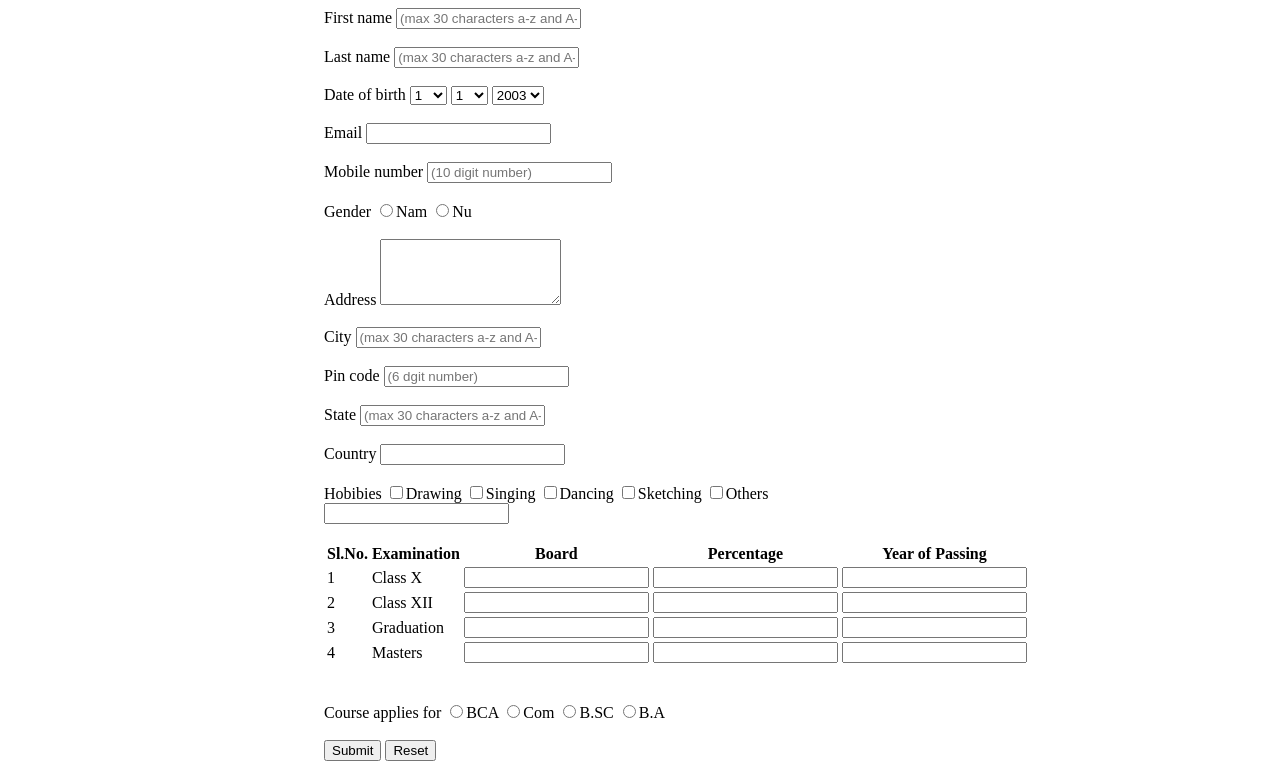
Repository: Knguyen2003/Spring
Page: http://localhost/PhanNguyenKhoiNguyen_21068021_Tuan04/StudentForm.jsp
These files come from the project's save history. The page is drawn as it stood at one moment and after the next save; the edit follows.
The browser window is 1280 px wide. The pictures show the whole page.
The page is served by Tomcat 10. Other server files are loaded and not shown.

Above is the page before, as saved 2024-09-11 10:26:24.

### JavaServlet/Tuan4/PhanNguyenKhoiNguyen_21068021_Tuan04/src/main/webapp/StudentForm.jsp
<%@ page language="java" contentType="text/html; charset=ISO-8859-1"
	pageEncoding="ISO-8859-1"%>
<!DOCTYPE html>
<html>
<head>
<meta charset="ISO-8859-1">
<title>Insert title here</title>
<style>
form {
	width: 50%;
	margin: 0 auto;
}
</style>
</head>
<body>

	<form action="StudentSevlet" method="post">

		<label>First name</label> <input type="text" name="txtFirstName"
			maxlength="30" placeholder="(max 30 characters a-z and A-z)">
		<br> <br> <label>Last name</label> <input type="text"
			name="txtLastName" maxlength="30"
			placeholder="(max 30 characters a-z and A-z)"><br> <br>
		<label>Date of birth</label> <select id="ngay" name="day">
			<option value="01">1</option>
			<option value="02">2</option>
			<option value="03">3</option>
			<option value="04">4</option>
			<option value="05">5</option>
			<option value="06">6</option>
			<option value="07">7</option>
			<option value="08">8</option>
			<option value="09">9</option>
			<option value="10">10</option>
		</select> <select id="thang" name="month">
			<option value="01">1</option>
			<option value="02">2</option>
			<option value="03">3</option>
			<option value="04">4</option>
			<option value="05">5</option>
			<option value="06">6</option>
			<option value="07">7</option>
			<option value="08">8</option>
			<option value="09">9</option>
			<option value="10">10</option>
			<option value="11">11</option>
			<option value="12">12</option>
		</select> <select id="name" name="year">
			<option value="2003">2003</option>
			<option value="2004">2004</option>
			<option value="2005">2005</option>
			<option value="2006">2006</option>
		</select><br> <br> <label>Email</label> <input type="text"
			name="txtEmail" maxlength="30"><br> <br> <label>Mobile
			number</label> <input type="text" name="txtPhone" maxlength="30"
			placeholder="(10 digit number)"><br> <br> <label>Gender</label>
		<label><input type="radio" name="gioitinh" value="nam"
			required>Nam</label> <label><input type="radio"
			name="gioitinh" value="nu">Nu</label><br> <br> <label>Address</label>
		<textarea rows="4" cols="20" name="txtAddress"></textarea>
		<br> <br> <label>City</label> <input type="text"
			name="txtCity" maxlength="30"
			placeholder="(max 30 characters a-z and A-z)"><br> <br>
		<label>Pin code</label> <input type="text" name="txtPincode"
			maxlength="30" placeholder="(6 dgit number)"><br> <br>
		<label>State</label> <input type="text" name="txtState" maxlength="30"
			placeholder="(max 30 characters a-z and A-z)"><br> <br>
		<label>Country</label> <input type="text" name="txtCountry"
			maxlength="30"><br> <br> <label>Hobibies</label> <label><input
			type="checkbox" name="hobbies" value="Drawing">Drawing</label> <label><input
			type="checkbox" name="hobbies" value="Singing">Singing</label> <label><input
			type="checkbox" name="hobbies" value="Dancing">Dancing</label> <label><input
			type="checkbox" name="hobbies" value="Sketching">Sketching</label> <label><input
			type="checkbox" name="hobbies" value="Others">Others</label> <input
			type="text" name="other" maxlength="30"> <br> <br>
		<table>
			<thead>
				<tr>
					<th>Sl.No.</th>
					<th>Examination</th>
					<th>Board</th>
					<th>Percentage</th>
					<th>Year of Passing</th>
				</tr>
			</thead>
			<tbody>
				<tr>
					<td>1</td>
					<td>Class X</td>
					<td><input type="text" maxlength="10"></td>
					<td><input type="text" class="short-input" maxlength="5"></td>
					<td><input type="text" class="short-input" maxlength="4"></td>
				</tr>
				<tr>
					<td>2</td>
					<td>Class XII</td>
					<td><input type="text" maxlength="10"></td>
					<td><input type="text" class="short-input" maxlength="5"></td>
					<td><input type="text" class="short-input" maxlength="4"></td>
				</tr>
				<tr>
					<td>3</td>
					<td>Graduation</td>
					<td><input type="text" maxlength="10"></td>
					<td><input type="text" class="short-input" maxlength="5"></td>
					<td><input type="text" class="short-input" maxlength="4"></td>
				</tr>
				<tr>
					<td>4</td>
					<td>Masters</td>
					<td><input type="text" maxlength="10"></td>
					<td><input type="text" class="short-input" maxlength="5"></td>
					<td><input type="text" class="short-input" maxlength="4"></td>
				</tr>
			</tbody>
		</table>

		<br> <br> <label>Course applies for</label> <label><input
			type="radio" name="course" value="BCA" required>BCA</label> <label><input
			type="radio" name="course" value="Com">Com</label> <label><input
			type="radio" name="course" value="B.SC" required>B.SC</label> <label><input
			type="radio" name="course" value="B.A">B.A</label><br> <br>
		<input type="submit" value="Submit"> <input type="reset"
			value="Reset">

	</form>


</body>
</html>

After the next save:
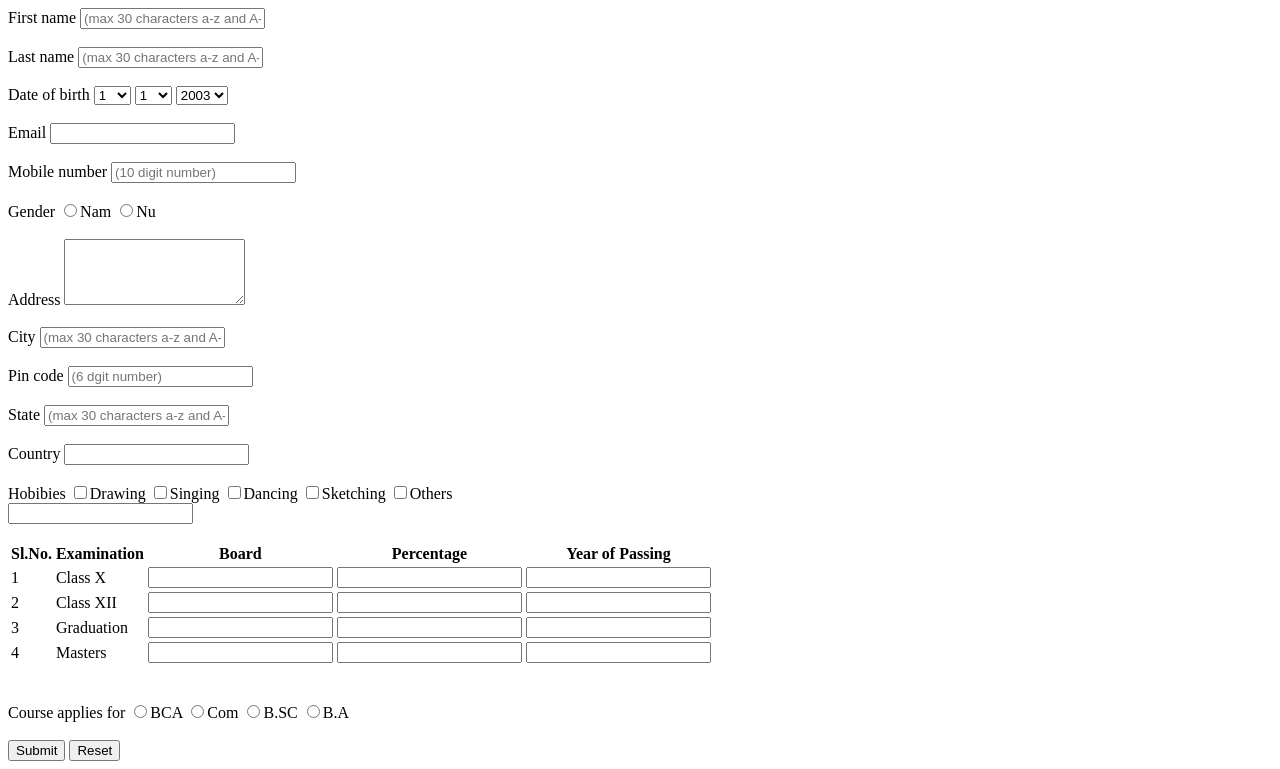
Saved 41 s later.
--- a/JavaServlet/Tuan4/PhanNguyenKhoiNguyen_21068021_Tuan04/src/main/webapp/StudentForm.jsp
+++ b/JavaServlet/Tuan4/PhanNguyenKhoiNguyen_21068021_Tuan04/src/main/webapp/StudentForm.jsp
@@ -8,7 +8,7 @@
 <style>
 form {
 	width: 50%;
-	margin: 0 auto;
+	margin: auto 0; // 0
 }
 </style>
 </head>
